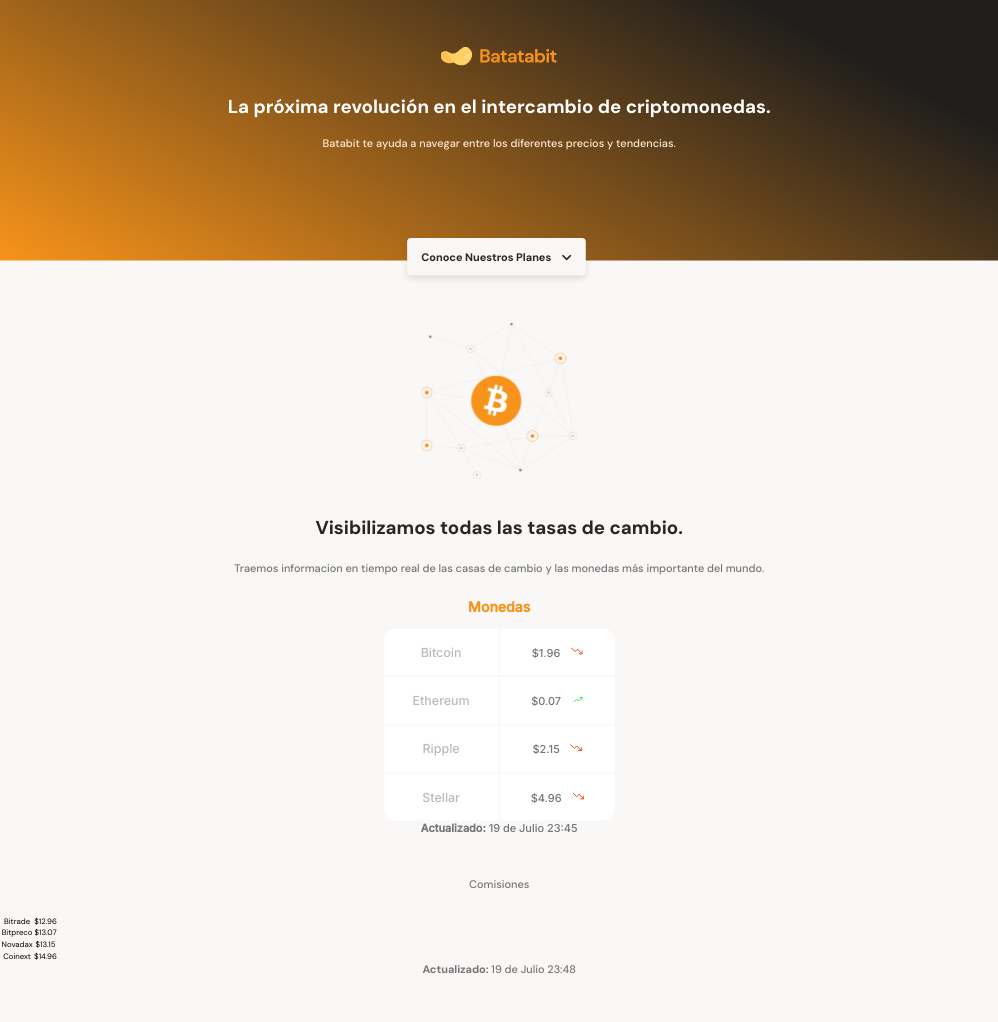
Repository: EnzoSz/Mobile-First
Page: index.html
These files come from the project's save history. The page is drawn as it stood at one moment and after the next save; the edit follows.
The browser window is 1280 px wide. The pictures show the whole page, at 78% of full size.

Above is the page before, as saved 2021-01-28 21:20:37.

### index.html
<!DOCTYPE html>
<html lang="en">
<head>
    <meta charset="UTF-8">
    <meta name="viewport" content="width=device-width, initial-scale=1.0">
    <title>Document</title>
    <link rel="preconnect" href="https://fonts.gstatic.com">
    <link href="https://fonts.googleapis.com/css2?family=DM+Sans:wght@400;500;700&family=Inter:wght@300;500&display=swap" rel="stylesheet">
    <link rel="stylesheet" href="./estilos.css">
</head>
<body>
    <header>
        <img src="./assets/img/logo.svg" alt="">
        <div class="header--title-container">
            <h1>La próxima revolución en el intercambio de criptomonedas.</h1>
            <p>Batabit te ayuda a navegar entre los diferentes precios y tendencias.</p>
            <a href="" class="header--button">Conoce Nuestros Planes <span></span></a>
        </div>
    </header>
    <main>
        <section class="main-exchange-container">
            <div class="backgroundImg"></div>
            <div class="main.exchange-container--title">
                <h2>Visibilizamos todas las tasas de cambio.</h2>
                <p>
                    Traemos informacion en  tiempo real de las casas de cambio y las monedas más importante del mundo.

                </p>
            </div>
            <section class="main-tables-container">
                <div class="main-currency-table">
                    <p class="currency-table--title">Monedas</p>
                    <div class="currency-table--container">
                        <table>
                            <tr>
                                <td class="table__top-left">Bitcoin</td>
                                <td class="table__top-right table__right">$1.96 <span class="down"></span></td>
                            </tr>
                            <tr>
                                <td>Ethereum</td>
                                <td class="table__right">$0.07 <span class="up"></span></td>
                            </tr>
                            <tr>
                                <td>Ripple</td>
                                <td class="table__right">$2.15 <span class="down"></span></td>
                            </tr>
                            <tr>
                                <td class="table__bottom-left">Stellar</td>
                                <td class="table__bottom-right table__right">$4.96 <span class="down"></span></td>
                            </tr>
                        </table>
                    </div>
                    <div class="currency-table-date">
                        <p>
                            <b>Actualizado:</b> 19 de Julio 23:45
                        </p>
                    </div>
                </div>
                <div class="main-commissions-table">
                    <p class="commissions-table--title">Comisiones</p>
                    <div class="commissions-table--container">
                        <table>
                            <tr>
                                <td class="table__top-left">Bitrade</td>
                                <td class="table__top-right table__right">$12.96</td>
                            </tr>
                            <tr>
                                <td>Bitpreco</td>
                                <td class="table__right">$13.07</td>
                            </tr>
                            <tr>
                                <td>Novadax</td>
                                <td class="table__right">$13.15</td>
                            </tr>
                            <tr>
                                <td class="table__bottom-left">Coinext</td>
                                <td class="table__bottom-right table__right">$14.96</td>
                            </tr>
                        </table>
                    </div>
                    <div class="currency-table-date">
                        <p>
                            <b>Actualizado:</b> 19 de Julio 23:48
                        </p>
                    </div>
                </div>
            </section>
        </section>
        <section></section>
        <section></section>
        <section></section>
    </main>
    <footer></footer>
</body>
</html>

### estilos.css
/*
1. Posicionamiento
2. Modelo de caja (Box model)
3. Tipografía
4. Visuales
5. Otros
*/
:root {
    /*Colores */
    --bitcoin-orange: #F7931A;
    --soft-orange: #FFE9D5;
    --secondary-blue: #1A9AF7;
    --soft-blue: #E7F5FF;
    --warm-black: #201E1C;
    --warm-black1: #282623;
    --grey: #BABABA;
    --off-white: #FAF8F7;
    --just-white: #FFFFFF;
}
* {
    box-sizing: border-box;
    margin: 0;
    padding: 0;
}
html {
    font-size: 62.5%;
    font-family: 'DM Sans', sans-serif;
}
header {
    position: relative;
    display: flex;
    flex-direction: column;
    justify-content: center;
    width: 100%;
    min-width: 32rem;
    height: 33.4rem;
    text-align: center;
    background: linear-gradient(207.8deg, #201E1C 16.69%, #F7931A 100%);;
}
header img {
    width: 15rem;
    height: 2.4rem;
    margin-top: 6.0rem;
    align-self:center;
}
.header--title-container {
    width: 90%;
    min-width: 28.8rem;
    max-width: 90rem;
    height: 21.8rem;
    margin-top: 4rem;
    text-align: center;
    align-self:center;

}
.header--title-container h1 {
    font-size: 2.4rem;
    font-weight: bold;
    line-height: 2.6rem;
    color: var(--just-white);
}
.header--title-container p {
    margin-top: 25px;
    font-size: 1.4rem;
    font-weight: 500;
    line-height: 1.8rem;
    color: var(--soft-orange);
}
.header--title-container .header--button {
    position: absolute;
    left: calc(50% - 118px);
    top: 270px;
    display: block;
    margin-top: 35px;
    padding: 15px;
    width: 229px;
    height: 48px;
    background-color: var(--off-white);
    /*Sombra*/
    box-shadow: 0px 4px 8px rgba(89, 73, 30, 0.16);
    border: none;
    border-radius: 5px;
    font-size: 1.4rem;
    font-weight: bold;
    text-decoration: none;
    color: var(--warm-black1);
}
.header--button span {
    display: inline-block;
    width: 13px;
    height: 8px;
    margin-left: 10px;
    background-image: url('./assets/icons/arrow-down.svg');
}
main {
    width: 100%;
    height: auto;
    background-color: var(--off-white);
}
.main-exchange-container {
    width: 100%;
    height: auto;
    padding-top: 80px;
    padding-bottom: 30px;
    text-align: center;
}
.main-exchange-container--title {
    width: 90%;
    min-width: 288px;
    max-width: 900px;
    margin: 0 auto;
}
.main-exchange-container .backgroundImg {
    width: 200px;
    height: 200px;
    margin: 0 auto;
    margin-bottom: 50px;
    background-image:url('./assets/img/bitcoin.svg');
    background-size: cover;
    background-position: center;
    background-repeat: no-repeat;
}
.main-exchange-container h2 {
    margin-bottom: 30px;
    font-size: 2.4rem;
    font-weight: bold;
    line-height: 2.6rem;
    color: var(--warm-black1);
}
.main-exchange-container p {
    margin-bottom: 30px;
    font-size: 1.4rem;
    font-weight: 500;
    line-height: 1.6rem;
    color: #757575;
}
.main-currency-table {
    width: 70%;
    min-width: 235px;
    max-width: 500px;
    height: 360px;
    margin: 0 auto;
    font-family: "Inter", sans-serif;
}
.main-currency-table .currency-table--title {
    margin-bottom: 15px;
    font-size: 1.8rem;
    font-weight: bold;
    line-height: 2.3rem;
    color: var(--bitcoin-orange);
}
.currency-table--container {
    width: 90%;
    min-width: 230px;
    max-width: 300px;
    height: 250px;
    margin: 0 auto;
}
.currency-table--container table {
    width: 100%;
    height: 100%;
}
.currency-table--container td {
    width: 50%;
    font-size: 1.6rem;
    font-weight: 500;
    line-height: 1.9rem;
    color: var(--grey);
    background-color: var(--just-white);
}
.currency-table--container .table__top-left {
    border-radius: 15px 0 0 0;
}
.currency-table--container .table__top-right {
    border-radius: 0 15px 0 0;
}
.currency-table--container .table__bottom-left {
    border-radius: 0 0 0 15px;
}
.currency-table--container .table__bottom-right {
    border-radius: 0 0 15px 0;
}
.currency-table--container .table__right {
    font-size: 1.4rem;
    font-weight: normal;
    line-height: 1.7rem;
    color: #757575;
}
.currency-table--container .down {
    display: inline-block;
    width: 15px;
    height: 15px;
    margin-left: 10px;
    background-image: url('./assets/icons/trending-down.svg');
    background-size: cover;
    background-position: center;
    background-repeat: no-repeat;
}
.currency-table--container .up {
    display: inline-block;
    width: 15px;
    height: 15px;
    margin-left: 10px;
    background-image:url('./assets/icons/trending-up.svg');
    background-position: center;
    background-repeat:no-repeat;
}

After the next save:
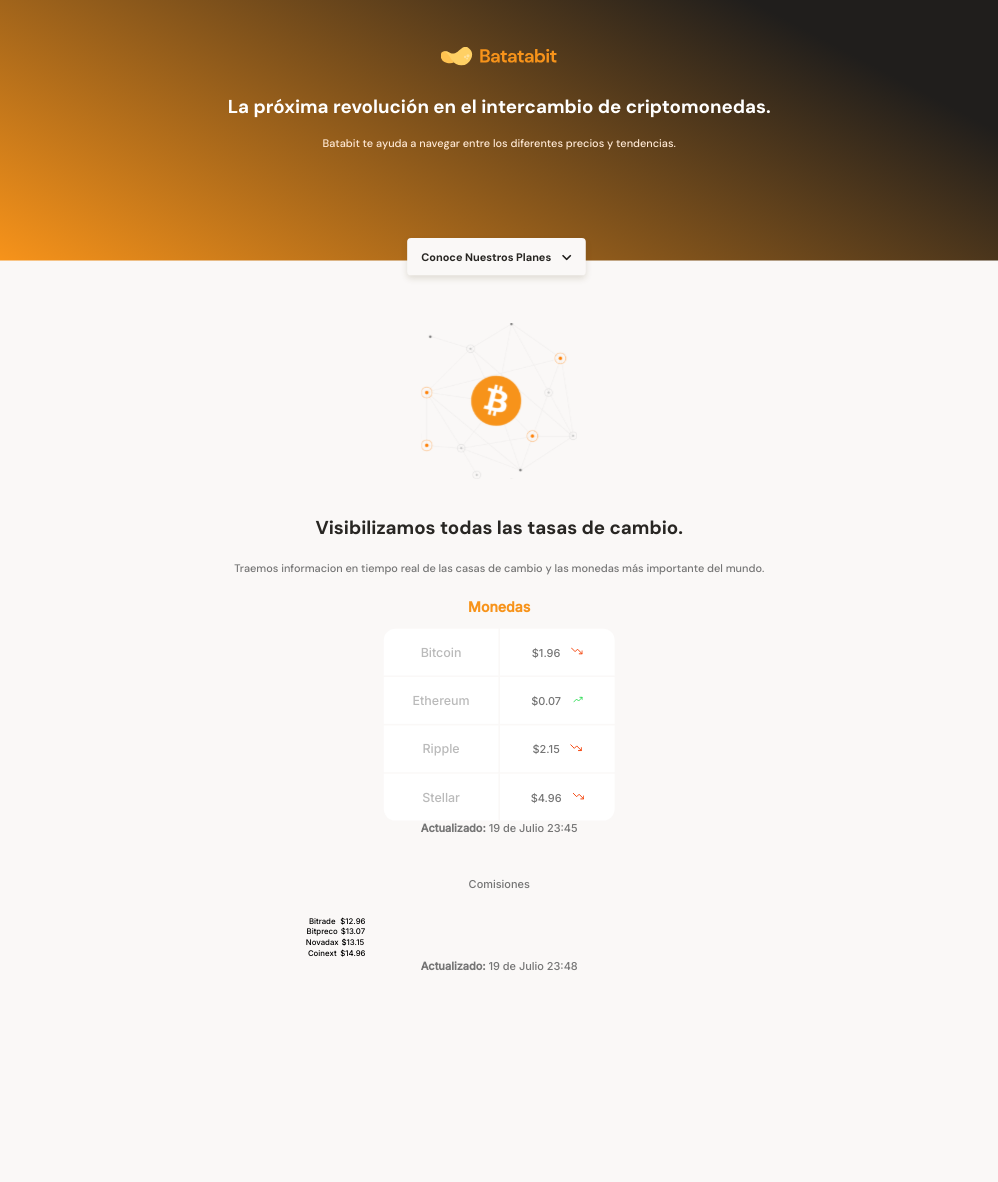
Saved 2 min 37 s later.
--- a/estilos.css
+++ b/estilos.css
@@ -134,7 +134,7 @@
     line-height: 1.6rem;
     color: #757575;
 }
-.main-currency-table {
+.main-currency-table, .main-commissions-table {
     width: 70%;
     min-width: 235px;
     max-width: 500px;
